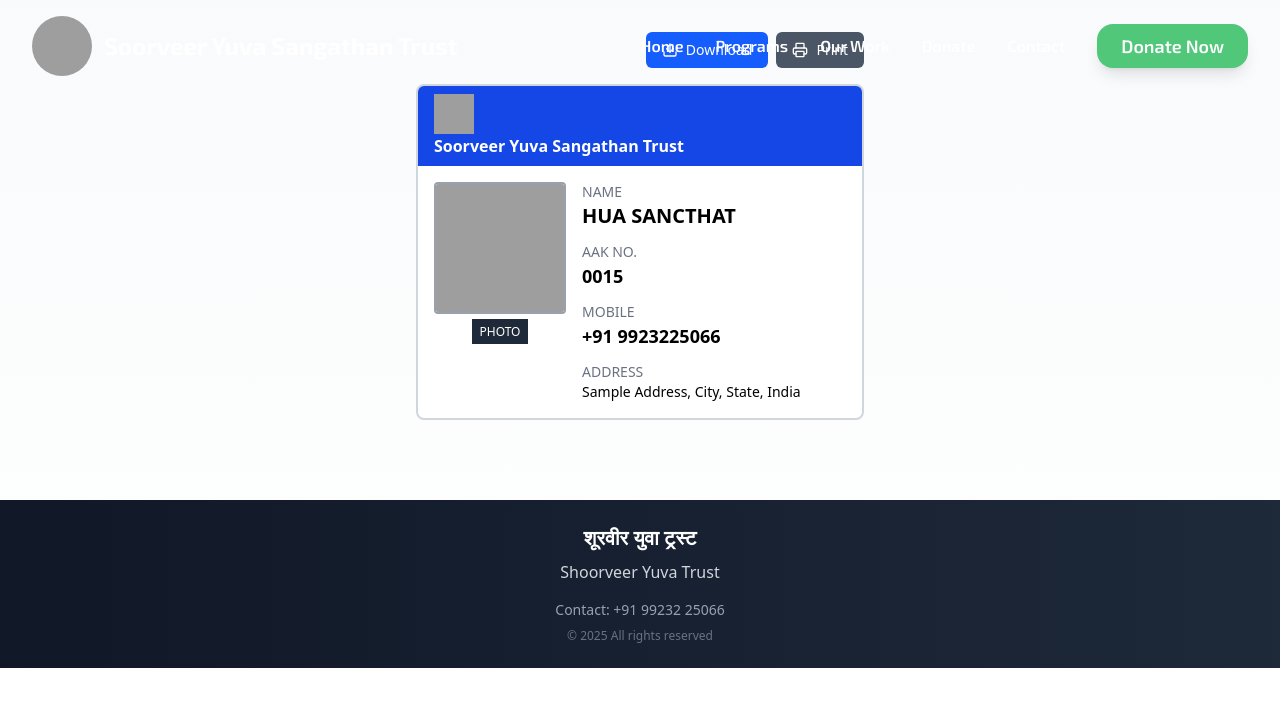
Repository: A-y-u-s-h-29/Soorveeryuvasangathan
Page: /volunteer/card (app in op/)
These files come from the project's save history. The page is drawn as it stood at one moment and after a run of saves; the edit follows.
The browser window is 1280 px wide. The pictures show the whole page.
Pictures or frames that could not be fetched are drawn as grey boxes. Some web fonts or font styles are not loaded; a fallback is used. The project was rebuilt for these pictures with package versions that can differ from the ones it lists, and the page was loaded fresh each time. Also part of the build but not shown: op/vite.config.js, op/src/components/ImageSlider.jsx, op/src/components/Home.jsx, op/src/components/VideoPage.jsx, op/src/components/VolunteerPage.jsx, op/src/services/api.js, op/src/components/VolunteerForm.jsx. Imported but missing from the stored project, and not drawn on this page: op/src/components/AboutSection.

Above is the page before, as saved 2025-12-02 16:01:27.

After the next 2 saves:
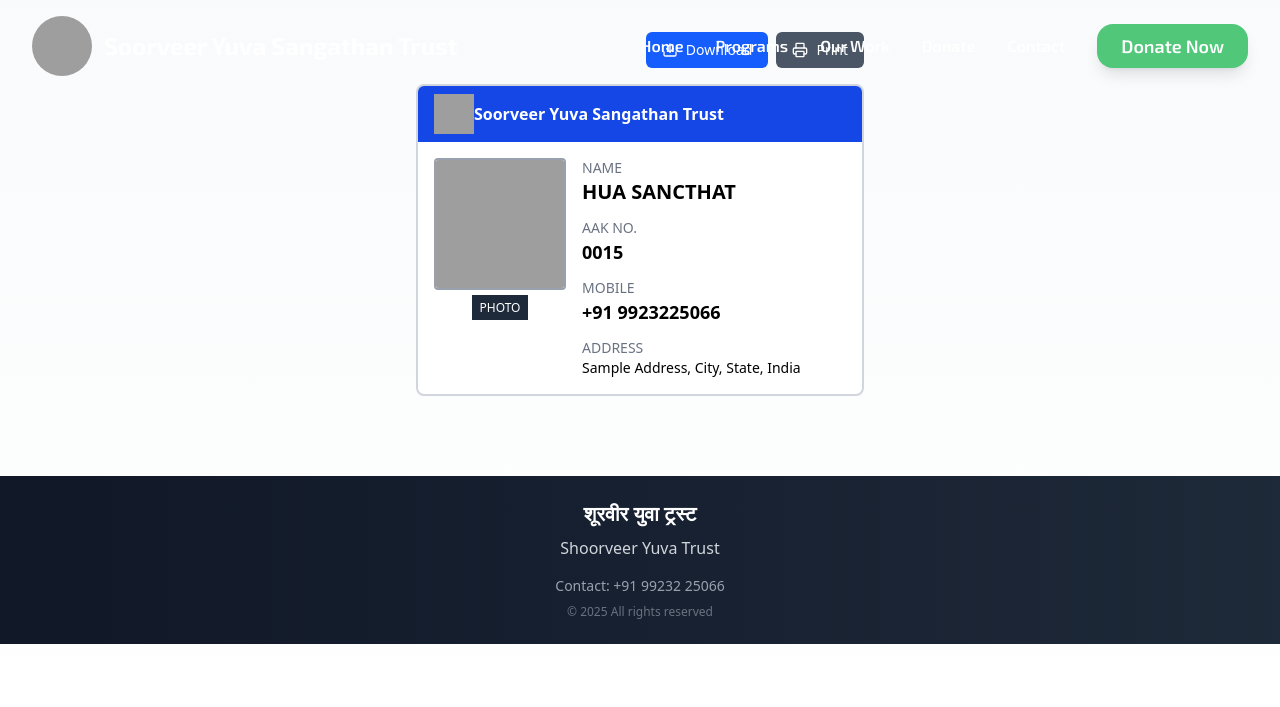
The 2 saves are shown as one change because they came seconds apart.
The last was saved 5 s later.
--- a/op/src/components/VolunteerCard.jsx
+++ b/op/src/components/VolunteerCard.jsx
@@ -72,7 +72,7 @@
         className="bg-white border-2 border-gray-300 rounded-lg overflow-hidden"
       >
         {/* Header */}
-        <div className="bg-blue-700 text-white py-2 px-4 ">
+        <div className="bg-blue-700 text-white py-2 px-4 flex items-center">
           <img src='/images/logo.jpg' className='h-10 w-10'/>
           <h2 className="font-bold">Soorveer Yuva Sangathan Trust</h2>
         </div>
